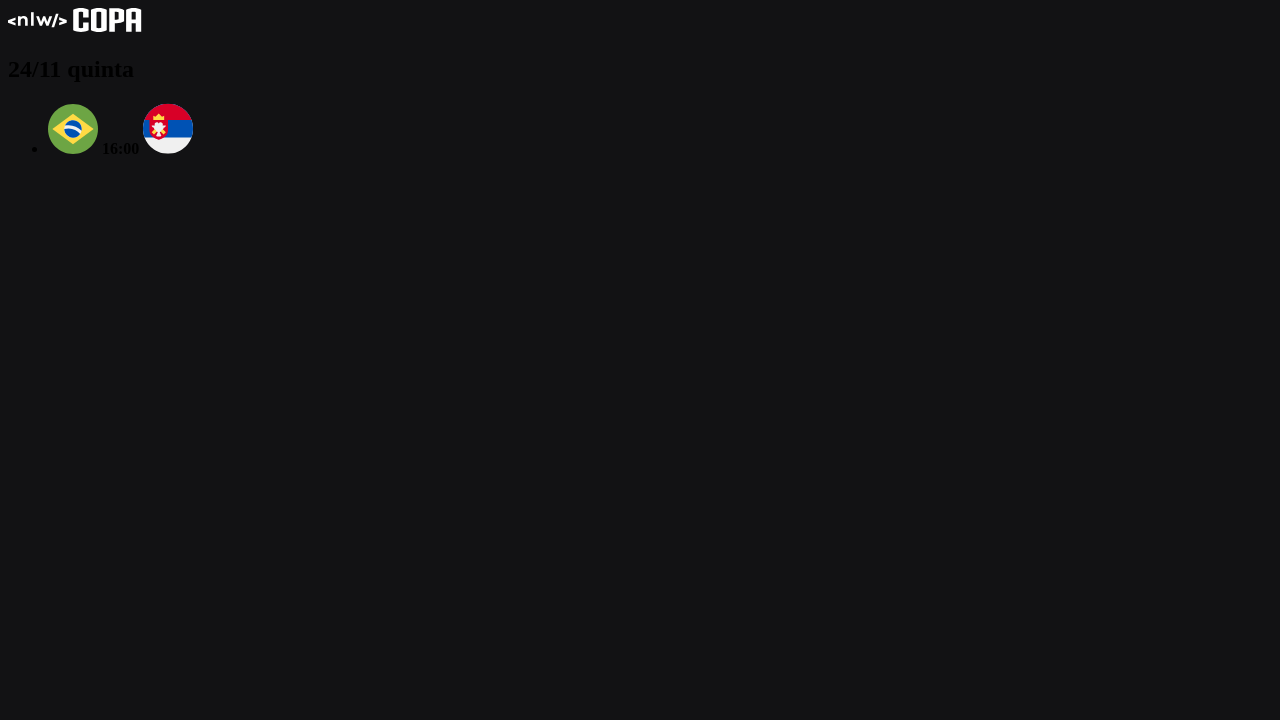
Repository: AlbertoLutz/calendario-copa
Page: index.html
An editor plug-in stored every save of this project. The page is shown before and after the next save, followed by the edit.
The browser window is 1280 px wide. The pictures show the whole page.

Above is the page before, as saved 2022-11-07 11:56:29.

After the next save:
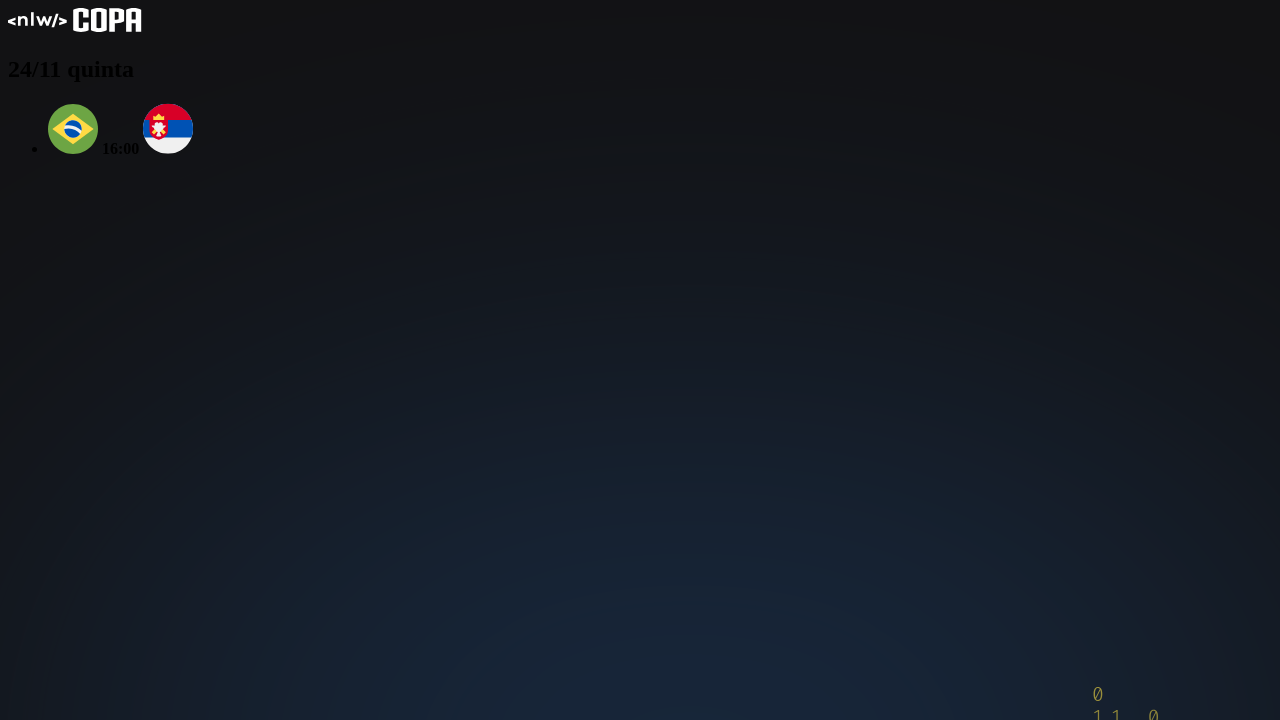
Saved 12 s later.
--- a/style.css
+++ b/style.css
@@ -1,3 +1,4 @@
 body {
     background-color: #121214;
+    background-image: url('./assets/bg.svg');
 }
